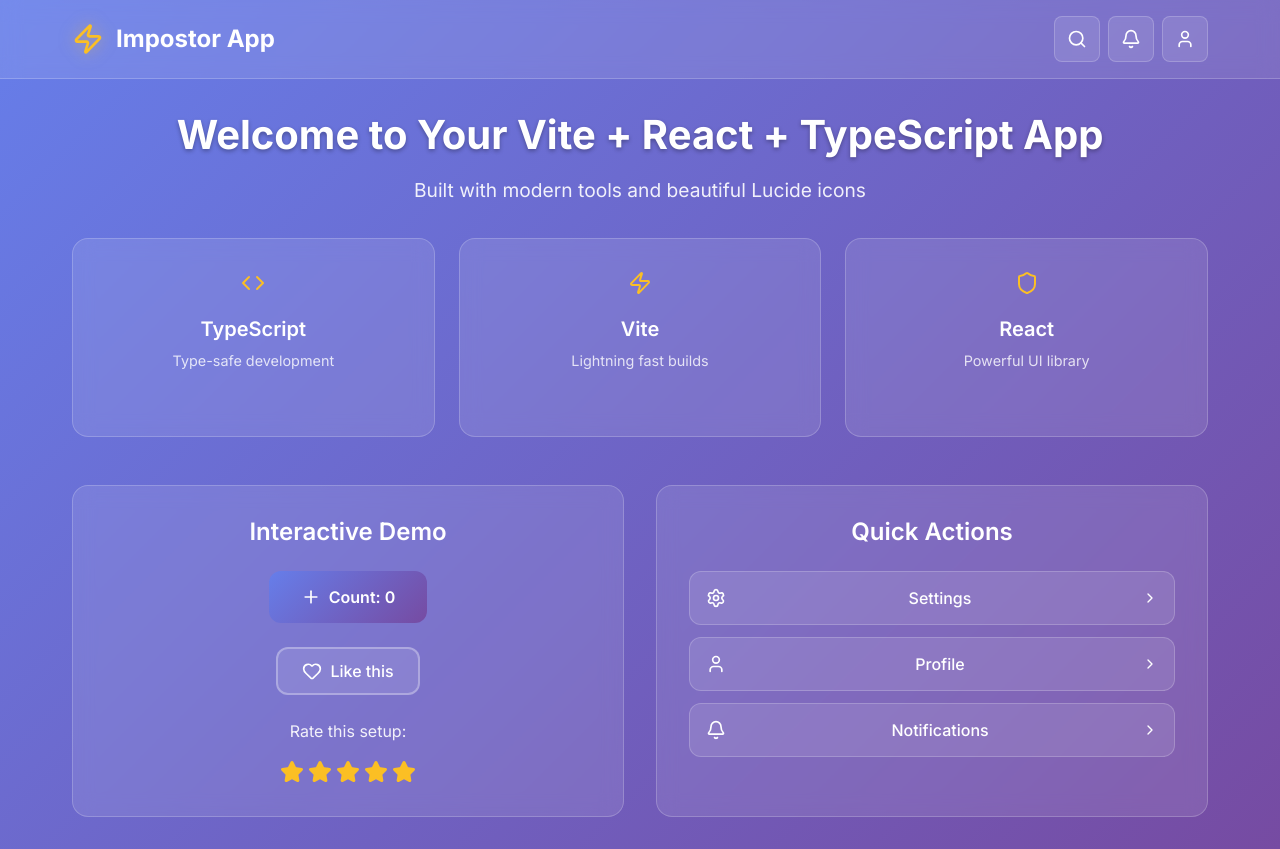
Repository: GHzPhoenix/ImposterApp
Page: /
These files come from the project's save history. The page is drawn as it stood at one moment and after the next save; the edit follows.
The browser window is 1280 px wide. The pictures show the whole page.
The project was rebuilt for these pictures with package versions that can differ from the ones it lists, and the page was loaded fresh each time. Also part of the build but not shown: vite.config.ts.

Above is the page before, as saved 2025-09-28 16:09:55.

### index.html
<!doctype html>
<html lang="en">
  <head>
    <meta charset="UTF-8" />
    <link rel="icon" type="image/svg+xml" href="/vite.svg" />
    <meta name="viewport" content="width=device-width, initial-scale=1.0" />
    <title>impostor-app</title>
  </head>
  <body>
    <div id="root"></div>
    <script type="module" src="/src/main.tsx"></script>
  </body>
</html>

### src/index.css
/* Import Inter font from Google Fonts */
@import url("https://fonts.googleapis.com/css2?family=Inter:wght@300;400;500;600;700&display=swap");

:root {
  font-family: "Inter", system-ui, Avenir, Helvetica, Arial, sans-serif;
  line-height: 1.5;
  font-weight: 400;

  color-scheme: dark;
  color: rgba(255, 255, 255, 0.87);
  background-color: #0f0f0f;

  font-synthesis: none;
  text-rendering: optimizeLegibility;
  -webkit-font-smoothing: antialiased;
  -moz-osx-font-smoothing: grayscale;
}

* {
  box-sizing: border-box;
}

html,
body {
  margin: 0;
  padding: 0;
  min-height: 100vh;
  overflow-x: hidden;
}

#root {
  min-height: 100vh;
  width: 100%;
}

a {
  font-weight: 500;
  color: #fbbf24;
  text-decoration: inherit;
  transition: color 0.2s ease;
}

a:hover {
  color: #f59e0b;
}

h1,
h2,
h3,
h4,
h5,
h6 {
  margin: 0;
  font-weight: 600;
  line-height: 1.2;
}

p {
  margin: 0;
  line-height: 1.6;
}

button {
  font-family: inherit;
  cursor: pointer;
  border: none;
  outline: none;
  transition: all 0.2s ease;
}

button:focus-visible {
  outline: 2px solid #fbbf24;
  outline-offset: 2px;
}

/* Scrollbar styling */
::-webkit-scrollbar {
  width: 8px;
}

::-webkit-scrollbar-track {
  background: rgba(255, 255, 255, 0.1);
}

::-webkit-scrollbar-thumb {
  background: rgba(255, 255, 255, 0.3);
  border-radius: 4px;
}

::-webkit-scrollbar-thumb:hover {
  background: rgba(255, 255, 255, 0.5);
}

### src/App.tsx
import { useState } from "react";
import {
  Heart,
  Star,
  Settings,
  User,
  Search,
  Bell,
  Plus,
  ChevronRight,
  Zap,
  Shield,
  Code,
} from "lucide-react";
import "./App.css";

function App() {
  const [count, setCount] = useState(0);
  const [liked, setLiked] = useState(false);

  return (
    <div className="app">
      <header className="header">
        <div className="header-content">
          <div className="logo-section">
            <Zap className="logo-icon" size={32} />
            <h1>Impostor App</h1>
          </div>
          <nav className="nav">
            <button className="nav-button">
              <Search size={20} />
            </button>
            <button className="nav-button">
              <Bell size={20} />
            </button>
            <button className="nav-button">
              <User size={20} />
            </button>
          </nav>
        </div>
      </header>

      <main className="main">
        <div className="hero-section">
          <div className="hero-content">
            <h2>Welcome to Your Vite + React + TypeScript App</h2>
            <p>Built with modern tools and beautiful Lucide icons</p>

            <div className="features">
              <div className="feature-card">
                <Code className="feature-icon" size={24} />
                <h3>TypeScript</h3>
                <p>Type-safe development</p>
              </div>
              <div className="feature-card">
                <Zap className="feature-icon" size={24} />
                <h3>Vite</h3>
                <p>Lightning fast builds</p>
              </div>
              <div className="feature-card">
                <Shield className="feature-icon" size={24} />
                <h3>React</h3>
                <p>Powerful UI library</p>
              </div>
            </div>
          </div>
        </div>

        <div className="interactive-section">
          <div className="card">
            <h3>Interactive Demo</h3>
            <div className="counter-section">
              <button
                className="counter-button"
                onClick={() => setCount((count) => count + 1)}
              >
                <Plus size={20} />
                Count: {count}
              </button>
            </div>

            <div className="like-section">
              <button
                className={`like-button ${liked ? "liked" : ""}`}
                onClick={() => setLiked(!liked)}
              >
                <Heart size={20} fill={liked ? "currentColor" : "none"} />
                {liked ? "Liked!" : "Like this"}
              </button>
            </div>

            <div className="rating-section">
              <p>Rate this setup:</p>
              <div className="stars">
                {[1, 2, 3, 4, 5].map((star) => (
                  <Star
                    key={star}
                    size={24}
                    className="star"
                    fill="currentColor"
                  />
                ))}
              </div>
            </div>
          </div>

          <div className="card">
            <h3>Quick Actions</h3>
            <div className="action-buttons">
              <button className="action-button">
                <Settings size={20} />
                Settings
                <ChevronRight size={16} />
              </button>
              <button className="action-button">
                <User size={20} />
                Profile
                <ChevronRight size={16} />
              </button>
              <button className="action-button">
                <Bell size={20} />
                Notifications
                <ChevronRight size={16} />
              </button>
            </div>
          </div>
        </div>
      </main>
    </div>
  );
}

export default App;

### src/App.css
/* Reset and base styles */
* {
  margin: 0;
  padding: 0;
  box-sizing: border-box;
}

.app {
  min-height: 100vh;
  background: linear-gradient(135deg, #667eea 0%, #764ba2 100%);
  font-family: 'Inter', -apple-system, BlinkMacSystemFont, 'Segoe UI', 'Roboto', sans-serif;
}

/* Header */
.header {
  background: rgba(255, 255, 255, 0.1);
  backdrop-filter: blur(10px);
  border-bottom: 1px solid rgba(255, 255, 255, 0.2);
  padding: 1rem 0;
}

.header-content {
  max-width: 1200px;
  margin: 0 auto;
  padding: 0 2rem;
  display: flex;
  justify-content: space-between;
  align-items: center;
}

.logo-section {
  display: flex;
  align-items: center;
  gap: 0.75rem;
}

.logo-icon {
  color: #fbbf24;
  filter: drop-shadow(0 0 8px rgba(251, 191, 36, 0.5));
}

.logo-section h1 {
  color: white;
  font-size: 1.5rem;
  font-weight: 700;
}

.nav {
  display: flex;
  gap: 0.5rem;
}

.nav-button {
  background: rgba(255, 255, 255, 0.1);
  border: 1px solid rgba(255, 255, 255, 0.2);
  border-radius: 8px;
  padding: 0.75rem;
  color: white;
  cursor: pointer;
  transition: all 0.2s ease;
  display: flex;
  align-items: center;
  justify-content: center;
}

.nav-button:hover {
  background: rgba(255, 255, 255, 0.2);
  transform: translateY(-1px);
}

/* Main content */
.main {
  max-width: 1200px;
  margin: 0 auto;
  padding: 2rem;
}

.hero-section {
  text-align: center;
  margin-bottom: 3rem;
}

.hero-content h2 {
  color: white;
  font-size: 2.5rem;
  font-weight: 700;
  margin-bottom: 1rem;
  text-shadow: 0 2px 4px rgba(0, 0, 0, 0.3);
}

.hero-content p {
  color: rgba(255, 255, 255, 0.9);
  font-size: 1.2rem;
  margin-bottom: 2rem;
}

.features {
  display: grid;
  grid-template-columns: repeat(auto-fit, minmax(250px, 1fr));
  gap: 1.5rem;
  margin-top: 2rem;
}

.feature-card {
  background: rgba(255, 255, 255, 0.1);
  backdrop-filter: blur(10px);
  border: 1px solid rgba(255, 255, 255, 0.2);
  border-radius: 16px;
  padding: 2rem;
  text-align: center;
  transition: all 0.3s ease;
}

.feature-card:hover {
  transform: translateY(-5px);
  background: rgba(255, 255, 255, 0.15);
  box-shadow: 0 10px 30px rgba(0, 0, 0, 0.2);
}

.feature-icon {
  color: #fbbf24;
  margin-bottom: 1rem;
}

.feature-card h3 {
  color: white;
  font-size: 1.25rem;
  font-weight: 600;
  margin-bottom: 0.5rem;
}

.feature-card p {
  color: rgba(255, 255, 255, 0.8);
  font-size: 0.9rem;
}

/* Interactive section */
.interactive-section {
  display: grid;
  grid-template-columns: repeat(auto-fit, minmax(300px, 1fr));
  gap: 2rem;
}

.card {
  background: rgba(255, 255, 255, 0.1);
  backdrop-filter: blur(10px);
  border: 1px solid rgba(255, 255, 255, 0.2);
  border-radius: 16px;
  padding: 2rem;
  transition: all 0.3s ease;
}

.card:hover {
  background: rgba(255, 255, 255, 0.15);
  box-shadow: 0 10px 30px rgba(0, 0, 0, 0.2);
}

.card h3 {
  color: white;
  font-size: 1.5rem;
  font-weight: 600;
  margin-bottom: 1.5rem;
  text-align: center;
}

/* Counter section */
.counter-section {
  margin-bottom: 1.5rem;
}

.counter-button {
  background: linear-gradient(135deg, #667eea 0%, #764ba2 100%);
  border: none;
  border-radius: 12px;
  padding: 1rem 2rem;
  color: white;
  font-size: 1rem;
  font-weight: 600;
  cursor: pointer;
  transition: all 0.2s ease;
  display: flex;
  align-items: center;
  gap: 0.5rem;
  margin: 0 auto;
}

.counter-button:hover {
  transform: translateY(-2px);
  box-shadow: 0 5px 15px rgba(0, 0, 0, 0.3);
}

/* Like section */
.like-section {
  margin-bottom: 1.5rem;
}

.like-button {
  background: rgba(255, 255, 255, 0.1);
  border: 2px solid rgba(255, 255, 255, 0.3);
  border-radius: 12px;
  padding: 0.75rem 1.5rem;
  color: white;
  font-size: 1rem;
  font-weight: 500;
  cursor: pointer;
  transition: all 0.2s ease;
  display: flex;
  align-items: center;
  gap: 0.5rem;
  margin: 0 auto;
}

.like-button:hover {
  background: rgba(255, 255, 255, 0.2);
  transform: translateY(-1px);
}

.like-button.liked {
  background: #ef4444;
  border-color: #ef4444;
  color: white;
}

/* Rating section */
.rating-section {
  text-align: center;
}

.rating-section p {
  color: rgba(255, 255, 255, 0.9);
  margin-bottom: 1rem;
}

.stars {
  display: flex;
  justify-content: center;
  gap: 0.25rem;
}

.star {
  color: #fbbf24;
  cursor: pointer;
  transition: all 0.2s ease;
}

.star:hover {
  transform: scale(1.1);
  filter: drop-shadow(0 0 4px rgba(251, 191, 36, 0.5));
}

/* Action buttons */
.action-buttons {
  display: flex;
  flex-direction: column;
  gap: 0.75rem;
}

.action-button {
  background: rgba(255, 255, 255, 0.1);
  border: 1px solid rgba(255, 255, 255, 0.2);
  border-radius: 12px;
  padding: 1rem;
  color: white;
  font-size: 1rem;
  font-weight: 500;
  cursor: pointer;
  transition: all 0.2s ease;
  display: flex;
  align-items: center;
  justify-content: space-between;
  text-align: left;
}

.action-button:hover {
  background: rgba(255, 255, 255, 0.2);
  transform: translateX(5px);
}

.action-button svg:first-child {
  margin-right: 0.75rem;
}

/* Responsive design */
@media (max-width: 768px) {
  .header-content {
    padding: 0 1rem;
  }

  .main {
    padding: 1rem;
  }

  .hero-content h2 {
    font-size: 2rem;
  }

  .features {
    grid-template-columns: 1fr;
  }

  .interactive-section {
    grid-template-columns: 1fr;
  }
}

Loaded but not shown: src/main.tsx (common file)

After the next save:
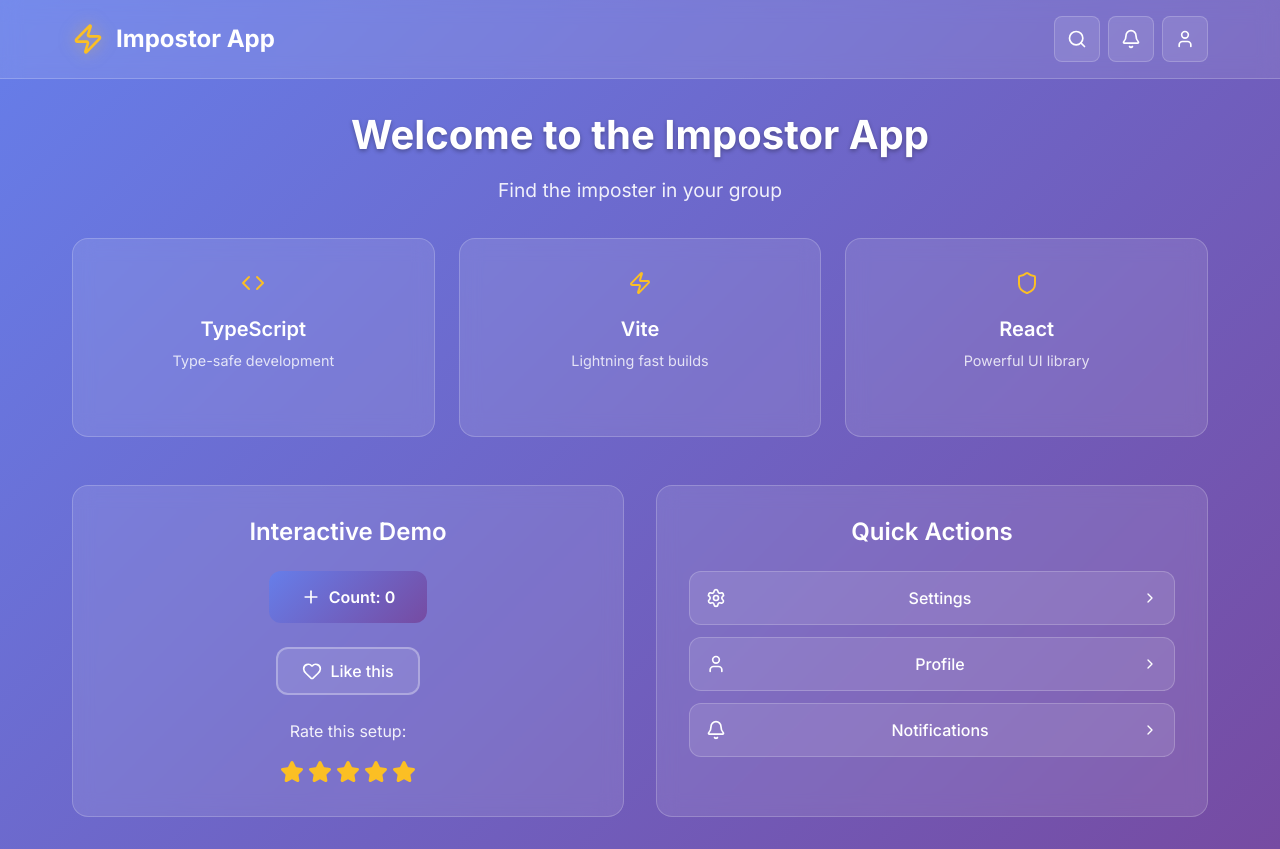
Saved 54 s later.
--- a/src/App.tsx
+++ b/src/App.tsx
@@ -43,8 +43,8 @@
       <main className="main">
         <div className="hero-section">
           <div className="hero-content">
-            <h2>Welcome to Your Vite + React + TypeScript App</h2>
-            <p>Built with modern tools and beautiful Lucide icons</p>
+            <h2>Welcome to the Impostor App</h2>
+            <p>Find the imposter in your group</p>
 
             <div className="features">
               <div className="feature-card">
